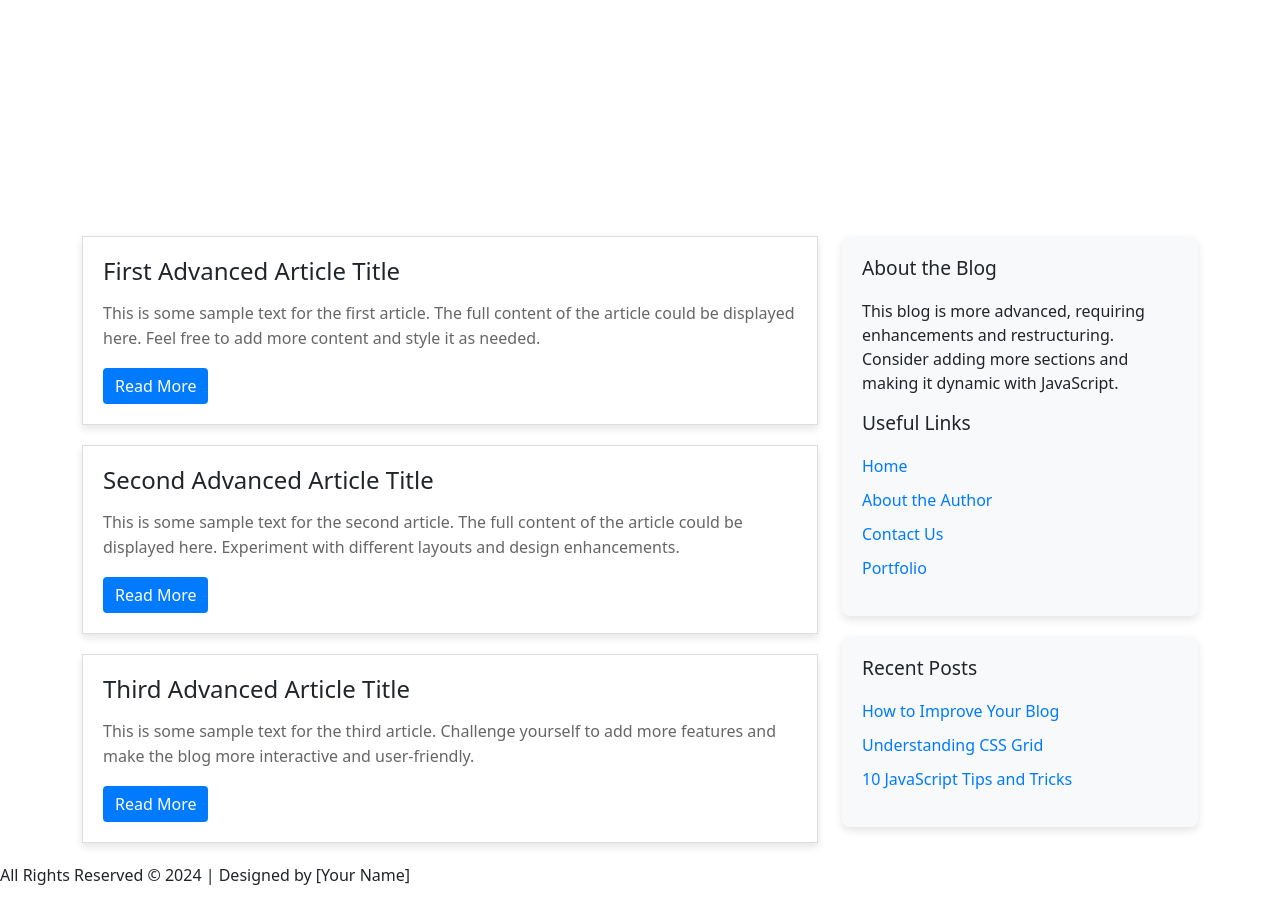
Repository: zeinawady/Blog-Code-Refactoring
Page: index.html
These files come from the project's save history. The page is drawn as it stood at one moment and after the next save; the edit follows.
The browser window is 1280 px wide. The pictures show the whole page.

Above is the page before, as saved 2024-09-23 14:21:02.

### index.html
<!DOCTYPE html>
<html lang="en">
  <head>
    <meta charset="UTF-8" />
    <meta name="viewport" content="width=device-width, initial-scale=1.0" />
    <title>My Advanced Blog</title>
    <link rel="stylesheet" href="style.css">
    <link
      href="https://cdn.jsdelivr.net/npm/bootstrap@5.1.3/dist/css/bootstrap.min.css"
      rel="stylesheet"
    />

  </head>
  <body>
    <header>
      <h1>My Advanced Blog</h1>
    <nav class="navbar">
      <div class="container">
        <a href="#" >Home</a>
        <a href="#">About</a>
        <a href="#" >Contact</a>
        <a href="#">Portfolio</a>

      </div>

    </nav>

    </header>

    <div class="container mt-5">
      <div class="row">
        <div class="col-lg-8">
          <article>
            <h2>First Advanced Article Title</h2>
            <p>
              This is some sample text for the first article. The full content
              of the article could be displayed here. Feel free to add more
              content and style it as needed.
            </p>
            <button class="btn btn-primary">Read More</button>
          </article>
          <article>
            <h2>Second Advanced Article Title</h2>
            <p>
              This is some sample text for the second article. The full content
              of the article could be displayed here. Experiment with different
              layouts and design enhancements.
            </p>
            <button class="btn btn-primary">Read More</button>
          </article>
          <article>
            <h2>Third Advanced Article Title</h2>
            <p>
              This is some sample text for the third article. Challenge yourself
              to add more features and make the blog more interactive and
              user-friendly.
            </p>
            <button class="btn btn-primary">Read More</button>
          </article>
        </div>
        <div class="col-md-4">
          <aside>
            <h3>About the Blog</h3>
            <p>
              This blog is more advanced, requiring enhancements and
              restructuring. Consider adding more sections and making it dynamic
              with JavaScript.
            </p>
            <h3>Useful Links</h3>
            <ul>
              <li><a href="#">Home</a></li>
              <li><a href="#">About the Author</a></li>
              <li><a href="#">Contact Us</a></li>
              <li><a href="#">Portfolio</a></li>
            </ul>
          </aside>
          <aside>
            <h3>Recent Posts</h3>
            <ul>
              <li><a href="#">How to Improve Your Blog</a></li>
              <li><a href="#">Understanding CSS Grid</a></li>
              <li><a href="#">10 JavaScript Tips and Tricks</a></li>
            </ul>
          </aside>
        </div>
      </div>
    </div>

    <footer>
      <p>All Rights Reserved © 2024 | Designed by [Your Name]</p>
    </footer>

    <script src="https://cdn.jsdelivr.net/npm/bootstrap@5.1.3/dist/js/bootstrap.bundle.min.js"></script>
  </body>
</html>

### style.css
body {
    font-family: Arial, sans-serif;
    background-color: #f4f4f9;
  }
  header {
    /* background-color: #007bff; */
    color: white;
    padding: 40px 0;
    text-align: center;
    position: relative;
  }
  header::after {
    content: "";
    position: absolute;
    bottom: -20px;
    left: 50%;
    transform: translateX(-50%);
    width: 100px;
    height: 5px;
    background-color: white;
  }
  .navbar {
    display: flex;
    justify-content: center;
    margin-top: 20px;
  }
  nav a {
    color: white;
    margin: 0 15px;
    text-decoration: none;
    font-weight: bold;
  }
  nav a:hover {
    text-decoration: underline;
  }
  article {
    border: 1px solid #ddd;
    margin-bottom: 20px;
    padding: 20px;
    background-color: white;
    box-shadow: 0 4px 8px rgba(0, 0, 0, 0.1);
    transition: transform 0.3s ease, box-shadow 0.3s ease;
  }
 artcile:hover {
    transform: translateY(-5px);
    box-shadow: 0 8px 16px rgba(0, 0, 0, 0.2);
  }
  article h2 {
    font-size: 1.5rem;
    margin-bottom: 15px;
  }
  article p {
    color: #666;
    line-height: 1.6;
  }
  article .btn-primary {
    background-color: #007bff;
    border: none;
  }
  article .btn-primary:hover {
    background-color: #0056b3;
  }
  aside {
    background-color: #f8f9fa;
    padding: 20px;
    border-radius: 8px;
    box-shadow: 0 4px 8px rgba(0, 0, 0, 0.1);
    margin-bottom: 20px;
  }
  aside h3 {
    margin-bottom: 20px;
    font-size: 1.2rem;
  }
  aside ul {
    list-style-type: none;
    padding-left: 0;
  }
  aside ul li {
    margin-bottom: 10px;
  }
  aside ul li a {
    color: #007bff;
    text-decoration: none;
  }
  aside ul li a:hover {
    text-decoration: underline;
  }
  .footer {
    background-color: #343a40;
    color: white;
    text-align: center;
    padding: 20px;
    margin-top: 40px;
  }
  .footer p {
    margin: 0;
  }

After the next save:
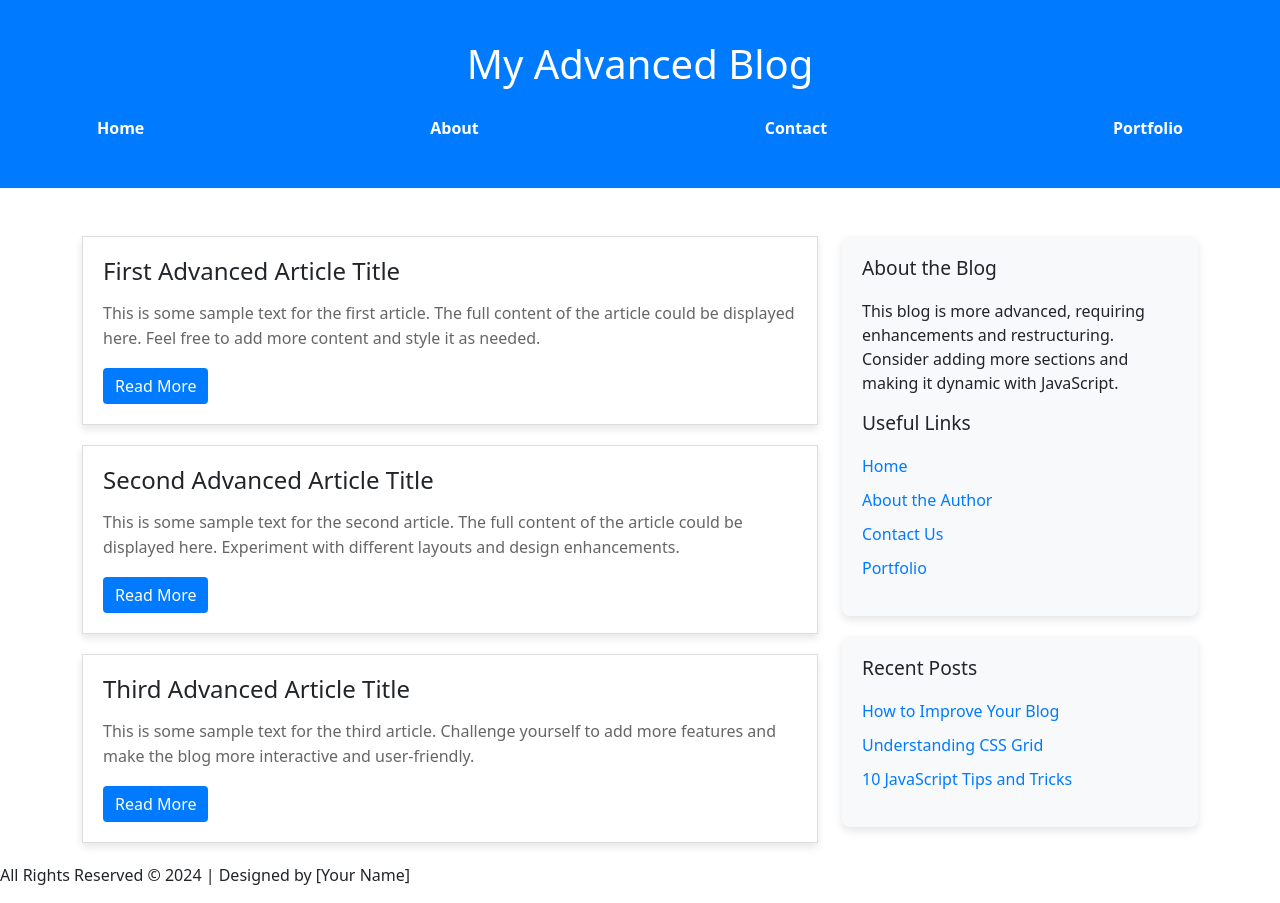
Saved 24 s later.
--- a/style.css
+++ b/style.css
@@ -3,7 +3,7 @@ body {
     background-color: #f4f4f9;
   }
   header {
-    /* background-color: #007bff; */
+    background-color: #007bff;
     color: white;
     padding: 40px 0;
     text-align: center;
